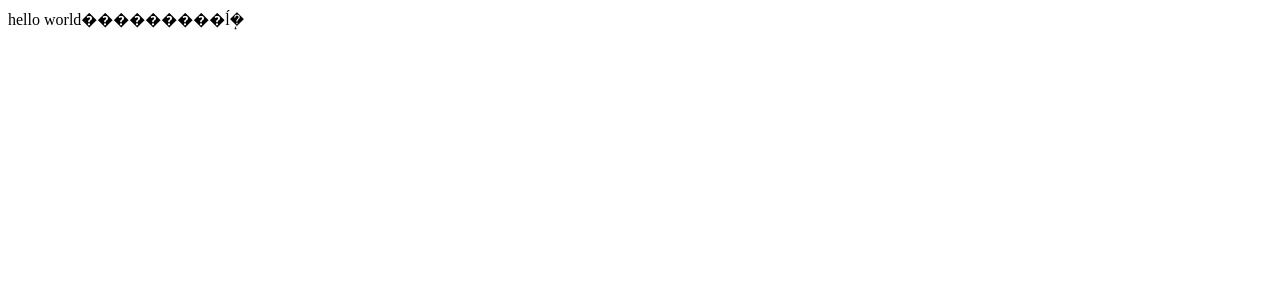
Repository: hanliyao/HelloWorld
Page: http://localhost/
These files come from the project's save history. The page is drawn as it stood at one moment and after the next save; the edit follows.
The browser window is 1280 px wide. The pictures show the whole page.
The page is run by PHP 8.4 with error messages shown; the project is at /var/www/html/.

Above is the page before, as saved 2016-02-04 14:18:35.

After the next save:
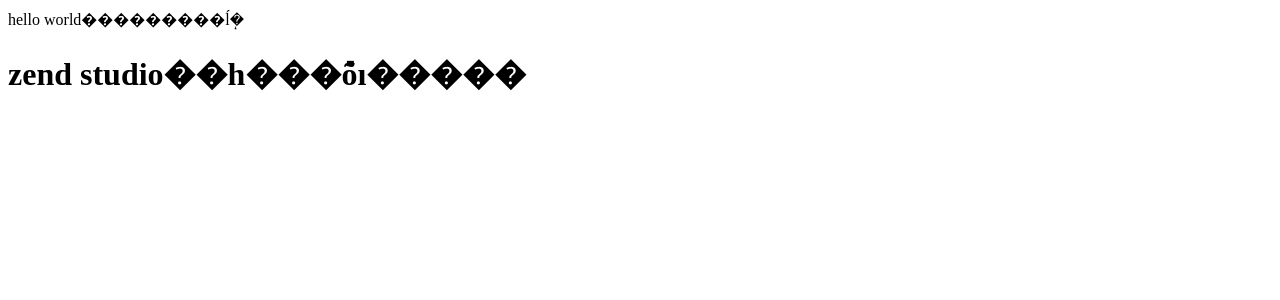
Saved 72 s later.
--- a/HelloWorld/index.php
+++ b/HelloWorld/index.php
@@ -3,3 +3,11 @@
     echo  "侶몸各썹廬돨붤댕";
 
 ?>
+<html>
+    <head>
+        <title>닒쏟莖역迦桔씩PHP</title>
+    </head>
+    <body>
+        <h1>zend studio角寧몸붤봤돨긍陋포</h1>
+    </body>
+</html>
